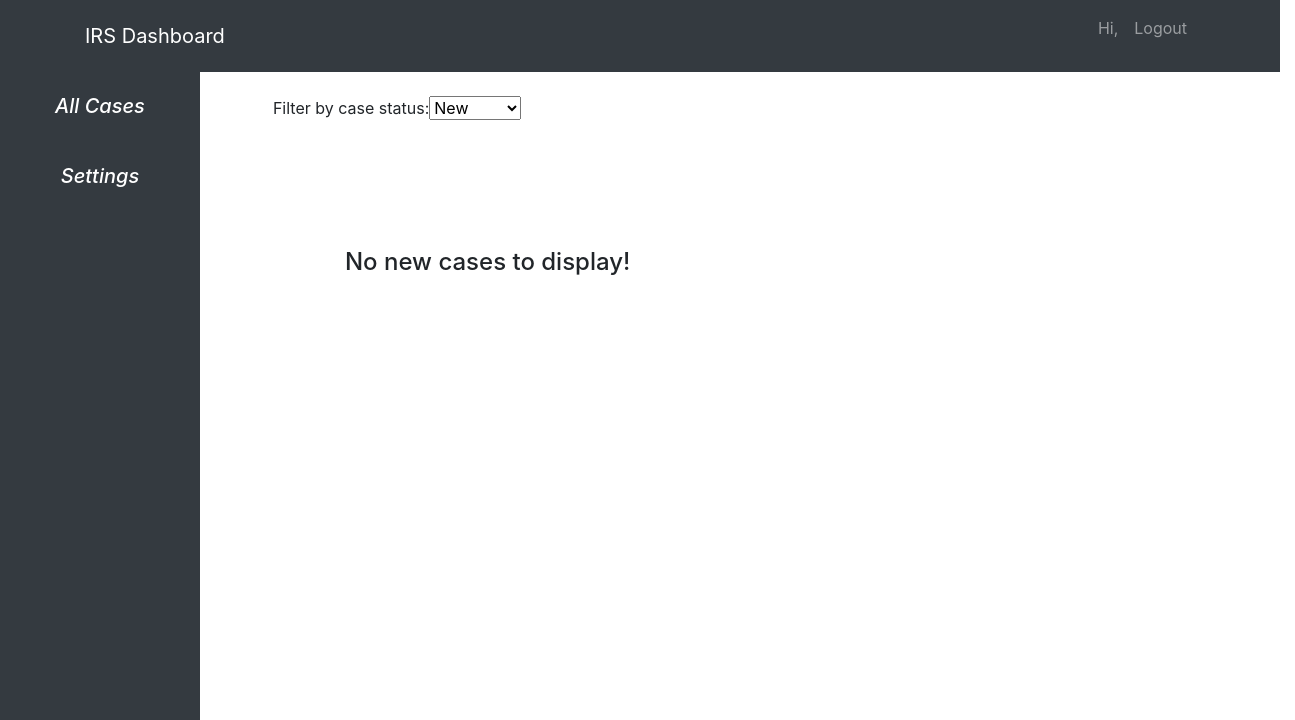
Repository: greeshmavyas/IRS_CS
Page: /AgentDashboard (app in AgentManagement/Frontend/)
An editor plug-in stored every save of this project. The page is shown before and after the next save, followed by the edit.
The browser window is 1280 px wide. The page is 1295 px wide, so the pictures cover 1295 px, including what lies to the right of the window. The pictures show the whole page.
Some web libraries are served in a nearby version. The project was rebuilt for these pictures with package versions that can differ from the ones it lists, and the page was loaded fresh each time. Also part of the build but not shown: AgentManagement/Frontend/src/components/NavbarLogin.js, AgentManagement/Frontend/src/components/login.js, AgentManagement/Frontend/src/components/updateProfile.js, AgentManagement/frontend/src/App.css.

Above is the page before, as saved 2020-11-05 23:42:41.

After the next save:
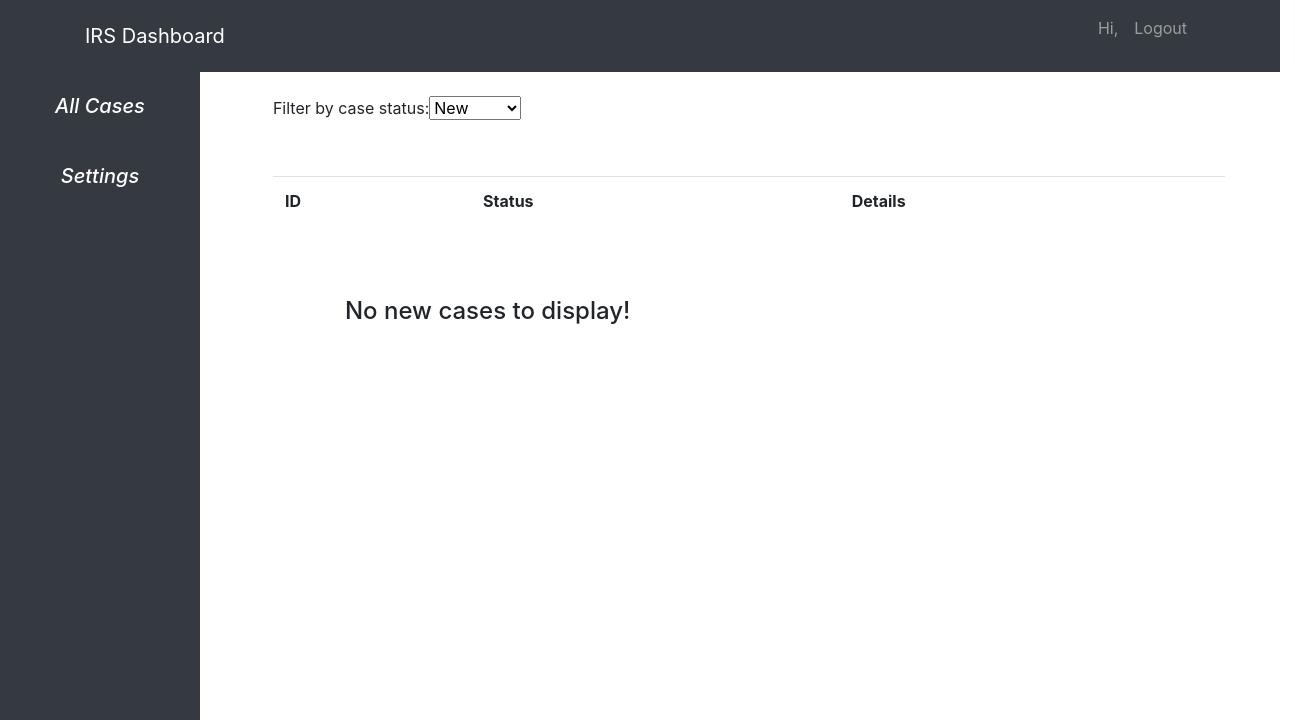
Saved 57 s later.
--- a/AgentManagement/Frontend/src/components/Dashboard.js
+++ b/AgentManagement/Frontend/src/components/Dashboard.js
@@ -106,11 +106,6 @@ class Dashboard extends Component {
             <div onClick={() => this.showModal1(ticket)} >
                   <Table>
                     <tbody >
-                      <tr>
-                      <th>ID</th>
-                      <th>Status</th>
-                      <th>Details</th>
-                      </tr>
                       <tr >
                         <td style={{ width: '10rem' }}>{ticket.CaseID}</td>
                         <td style={{ width: '15rem' }}>{ticket.Status}</td>
@@ -143,6 +138,13 @@ class Dashboard extends Component {
             <br></br>
             <br></br>
           </form>
+          <Table>
+          <tr>
+                      <th>ID</th>
+                      <th>Status</th>
+                      <th>Details</th>
+                      </tr>
+          </Table>
           {this.state.allCases.length > 0 ? (
               <div className="col-10">
                 {casedetails}
